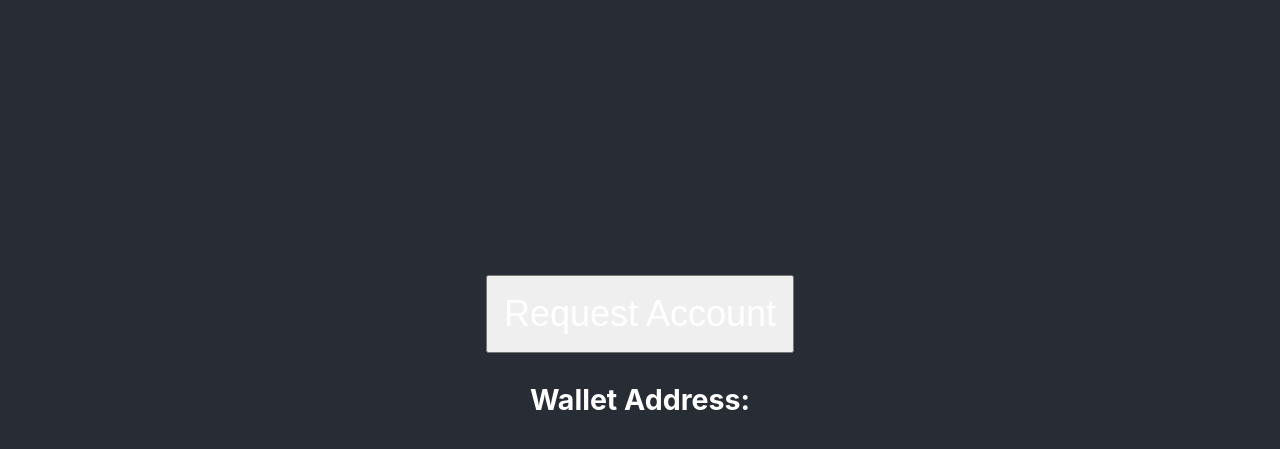
Repository: Hasnainzxc/eth-widget
Page: /
The author's editor kept a copy of each file at every save. The page is drawn from the files as they stood at one save, then again after the next save.
The browser window is 1280 px wide. The pictures show the whole page.
The project was rebuilt for these pictures with package versions that can differ from the ones it lists, and the page was loaded fresh each time.

Above is the page before, as saved 2023-04-26 03:41:05.

After the next save:
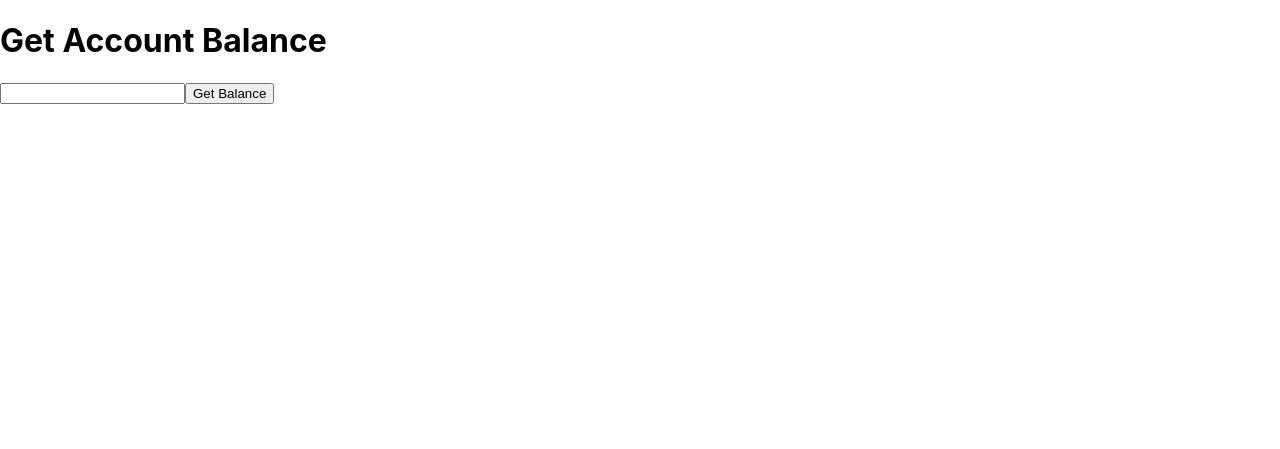
Saved 59 s later.
--- a/src/App.js
+++ b/src/App.js
@@ -1,55 +1,26 @@
-import './App.css';
-import { useState } from 'react';
-import ethers from 'ethers';
+import React, { useState } from 'react';
+import * as ethers from 'ethers';
 
 function App() {
+  const [account, setAccount] = useState('');
+  const [balance, setBalance] = useState('');
 
-  // Properties
-
-  const [walletAddress, setWalletAddress] = useState("");
-
-  // Helper Functions
-
-  // Requests access to the user's META MASK WALLET
-  // https://metamask.io
-  async function requestAccount() {
-    console.log('Requesting account...');
-
-    // ❌ Check if Meta Mask Extension exists
-    if(window.ethereum) {
-      console.log('detected');
-
-      try {
-        const accounts = await window.ethereum.request({
-          method: "eth_requestAccounts",
-        });
-        setWalletAddress(accounts[0]);
-      } catch (error) {
-        console.log('Error connecting...');
-      }
-
-    } else {
-      alert('Meta Mask not detected');
-    }
-  }
-
-  // Create a provider to interact with a smart contract
-  async function connectWallet() {
-    if(typeof window.ethereum !== 'undefined') {
-      await requestAccount();
-
-      const provider = new ethers.providers.Web3Provider(window.ethereum);
+  async function getBalance() {
+    try {
+      const provider = new ethers.providers.JsonRpcProvider();
+      const newBalance = await provider.getBalance(account);
+      setBalance(newBalance.toString());
+    } catch (err) {
+      console.error(err);
     }
   }
 
   return (
     <div className="App">
-      <header className="App-header">
-        <button
-        onClick={requestAccount}
-        >Request Account</button>
-        <h3>Wallet Address: {walletAddress}</h3>
-      </header>
+      <h1>Get Account Balance</h1>
+      <input type="text" onChange={(e) => setAccount(e.target.value)} />
+      <button onClick={getBalance}>Get Balance</button>
+      {balance && <p>Balance: {balance}</p>}
     </div>
   );
 }

After the 4 saves that followed:
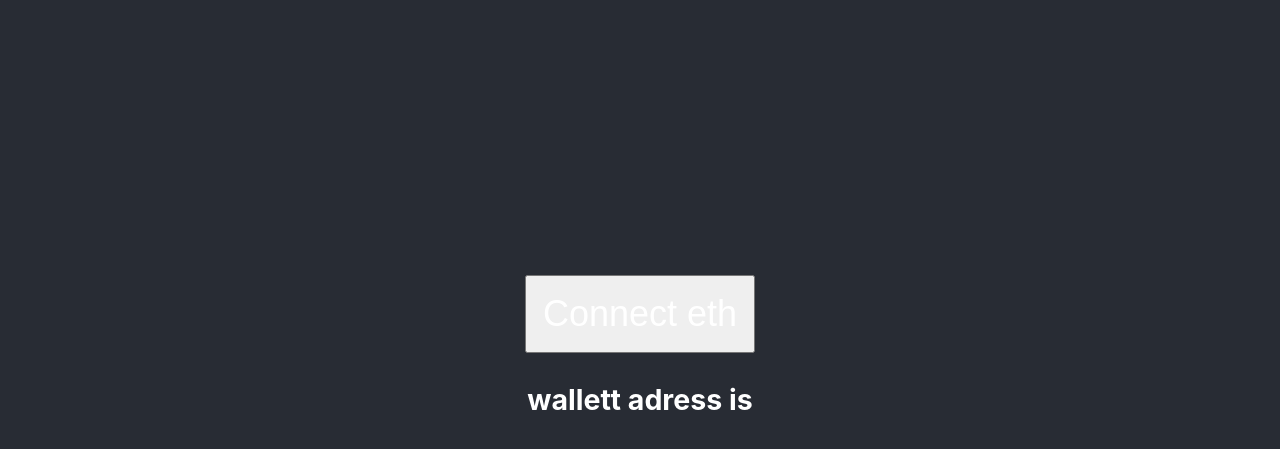
The 4 saves are shown as one change because they came seconds apart.
The last was saved 19 s later.
--- a/src/App.js
+++ b/src/App.js
@@ -1,26 +1,48 @@
-import React, { useState } from 'react';
-import * as ethers from 'ethers';
+import logo from './logo.svg';
+import './App.css';
+import { useState } from 'react';
+import { ethers } from 'ethers';
 
 function App() {
-  const [account, setAccount] = useState('');
-  const [balance, setBalance] = useState('');
 
-  async function getBalance() {
-    try {
-      const provider = new ethers.providers.JsonRpcProvider();
-      const newBalance = await provider.getBalance(account);
-      setBalance(newBalance.toString());
-    } catch (err) {
-      console.error(err);
+  //propertties
+  const [walletAddress, setWalletAddress] = useState('');
+// helper function
+//request acess to user Mets MASK WaLLET
+
+  async function requestAccount() {
+
+
+    async function connectWallet() {
+      if(typeof window.ethereum !== 'undefined') {
+        await requestAccount();
+
+        const provider = new ethers.provider.web3Provider(window.ethereum);
+      }
+    }
+
+
+    if (window.ethereum) {
+      console.log('detected');
+
+      try {
+        const accounts = await window.ethereum.request({ method: 'eth_requestAccounts' });
+        setWalletAddress(accounts[0]);
+      }
+      catch (error) {
+        console.log('error', error);
+      }
+    } else {
+      console.log('not detected');
     }
   }
 
   return (
     <div className="App">
-      <h1>Get Account Balance</h1>
-      <input type="text" onChange={(e) => setAccount(e.target.value)} />
-      <button onClick={getBalance}>Get Balance</button>
-      {balance && <p>Balance: {balance}</p>}
+      <header className="App-header">
+        <button onClick={requestAccount}>Connect eth</button>
+        <h3>wallett adress is {walletAddress}</h3>
+      </header>
     </div>
   );
 }
